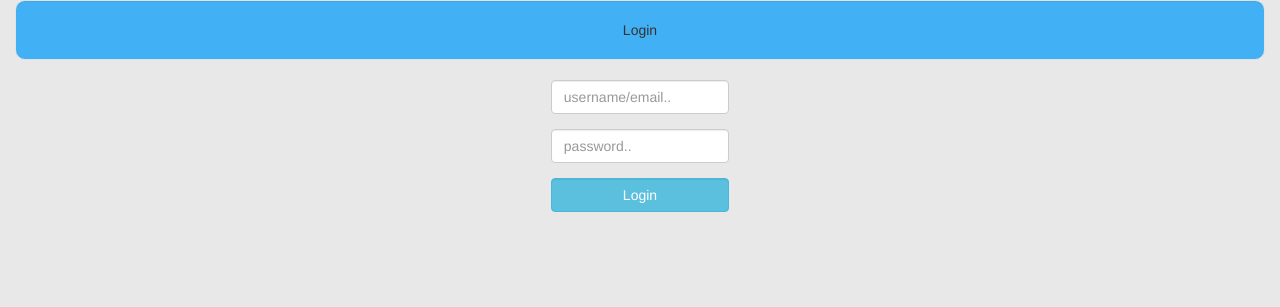
Repository: betardev/SocialProj
Page: http://localhost/SocialProjCustomers/CustomerRegistration/LoginForm.jsp
These files come from the project's save history. The page is drawn as it stood at one moment and after the next save; the edit follows.
The browser window is 1280 px wide. The pictures show the whole page.
The page is served by Tomcat 9. Other server files are loaded and not shown.

Above is the page before, as saved 2017-06-27 16:06:51.

### SocialProjCustomers/WebContent/CustomerRegistration/LoginForm.jsp
<%@ page language="java" contentType="text/html; charset=ISO-8859-1"
    pageEncoding="ISO-8859-1"%>
<%@ include file = "hashPassword.jsp" %>
<!DOCTYPE html PUBLIC "-//W3C//DTD HTML 4.01 Transitional//EN" "http://www.w3.org/TR/html4/loose.dtd">
<html>
<head>
<style>
     <%@ include file = "Bootstrap/css/bootstrap.min.css" %>
     <%@ include file = "CustomDes.css" %>
     body { background: #E8E8E8 !important; }
</style>
<meta http-equiv="Content-Type" content="text/html; charset=ISO-8859-1">
<title>Login</title>
</head>
<body bgcolor = "#E8E8E8">

<div class = "container-fluid">
	<div class = "row">
		<div class = "col-xs-12">
			<div class = "well text-center bold">
				Login
			</div>
			<form>

			</form>
		</div>
	</div>
</div>
<div class = "container-fluid">
	<div class = "col-xs-5">
	</div>
	<form class = "col-xs-2">
		<div class = "form-group">
			<input class = "form-control" name = "loginInf" id = "loginInf" type = "text" placeholder = "username/email..">
		</div>
		<div class = "form-group">
			<input class = "form-control" name = "password" id = "password" type = "password" placeholder = "password..">
		</div>
		<div class = "form-group">
			<button class = "form-control btn btn-info" name = "submitLogin" id = "submitLogin" type = "button"> Login </button>
		</div>
	</form>
	<div class = "col-xs-5">
	</div>
</div>





<script>







</script>

</body>
</html>

### SocialProjCustomers/WebContent/CustomerRegistration/hashPassword.jsp
<%@ page import = "java.security.*" %>
<%@ page import = "java.sql.*" %>
<%@ page import = "java.io.*" %>
<%@ page import = "org.json.simple.*" %>
<%@ page import = "socproj.db.connection.UserManagement" %>
<%@ page import = "socproj.db.connection.UserInfo" %>
<%@ page import = "socproj.db.connection.DataBaseConnector" %>
<%@ page language="java" contentType="text/html; charset=ISO-8859-1"
    pageEncoding="ISO-8859-1"%>
<%!

public String returnHashPass(String passSec) throws NoSuchAlgorithmException{
MessageDigest mdAlgorithm = MessageDigest.getInstance("MD5");
mdAlgorithm.update(passSec.getBytes());
byte[] digest = mdAlgorithm.digest();
StringBuffer hexString = new StringBuffer();
for (int i = 0; i < digest.length; i++) {
	passSec = Integer.toHexString(0xFF & digest[i]);
if (passSec.length() < 2) {
	passSec = "0" + passSec;
}
	 	hexString.append(passSec);
}
return hexString.toString();
}

%>

### SocialProjCustomers/WebContent/CustomerRegistration/CustomDes.css
@CHARSET "ISO-8859-1";
.well {
	background-color : #42B0F4 !important;
	/*outline : 1px solid;
	outline-color: white;*/
	border-radius: 10px;
}



h1 { color: white; font-size: 4.0vw; !important; }

h2 { font-size: 4.0vh; !important; }

p { font-size: 2.5vmin; !important; }

/*
.row {
  background-color: #E8E8E8 !important;
}*/

Loaded but not shown: SocialProjCustomers/WebContent/CustomerRegistration/Bootstrap/css/bootstrap.min.css (library)

After the next save:
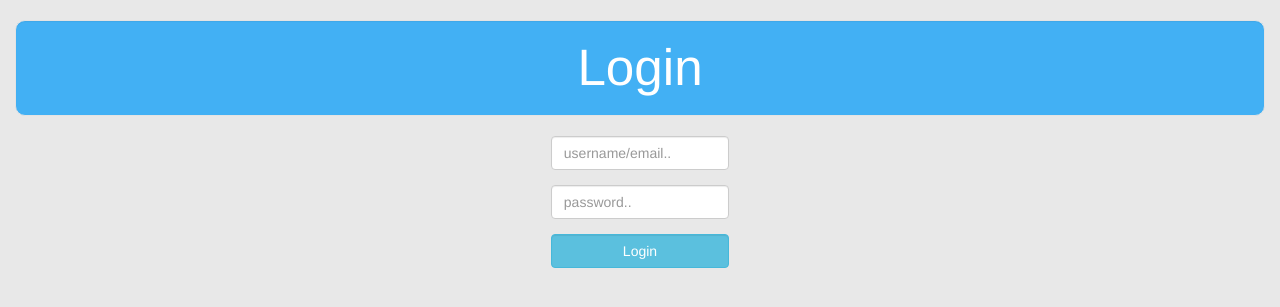
Saved 20 s later.
--- a/SocialProjCustomers/WebContent/CustomerRegistration/LoginForm.jsp
+++ b/SocialProjCustomers/WebContent/CustomerRegistration/LoginForm.jsp
@@ -17,9 +17,9 @@
 <div class = "container-fluid">
 	<div class = "row">
 		<div class = "col-xs-12">
-			<div class = "well text-center bold">
+			<H1 class = "well text-center bold">
 				Login
-			</div>
+			</H1>
 			<form>
 
 			</form>
